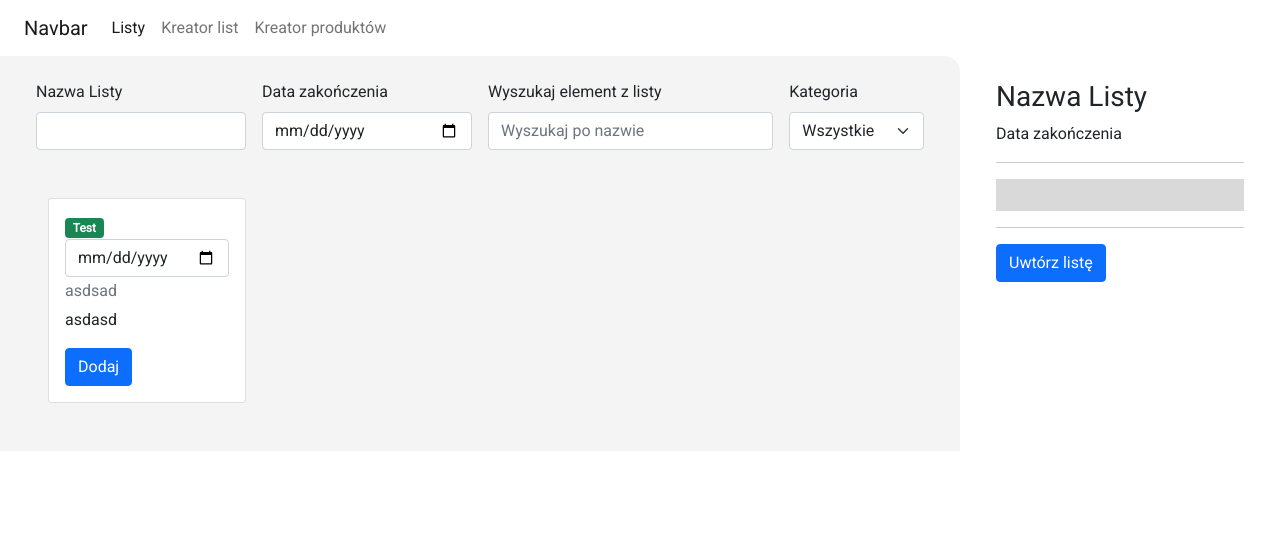
Repository: alphatra/Task-menager
Page: http://localhost/php/src/views/createList.php
The author's editor kept a copy of each file at every save. The page is drawn from the files as they stood at one save, then again after the next save.
The browser window is 1280 px wide. The pictures show the whole page.
The page is run by PHP 8.4 with error messages shown; the project is at /var/www/html/. Queries for data that is not in the repository find no rows.

Above is the page before, as saved 2023-02-09 21:36:11.

After the next save:
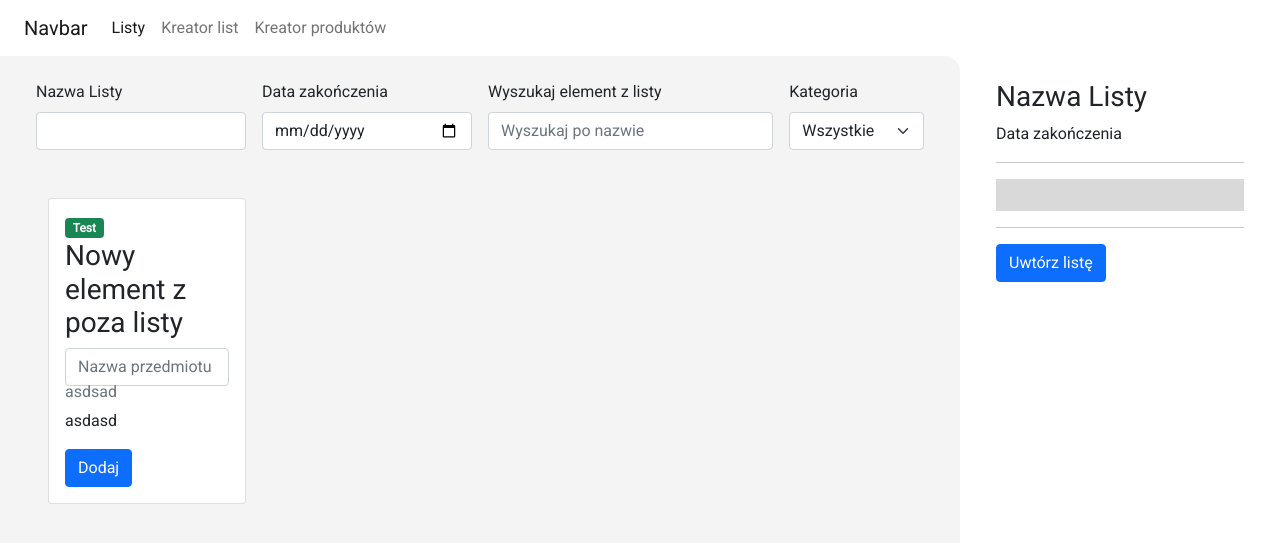
Saved 2 min 26 s later.
--- a/php/src/views/createList.php
+++ b/php/src/views/createList.php
@@ -29,7 +29,8 @@
                         <div class="card">
                             <div class="card-body">
                                 <span class="badge bg-success">Test</span>
-                                <h3 class="card-title"><input type="date" class="form-control" id="endDate" placeholder="Podaj nazwe"></h3>
+                                <h3 class="card-title">Nowy element z poza listy</h3>
+                                <input type="text" class="form-control" id="priv_item" placeholder="Nazwa przedmiotu">
                                 <h6 class="card-subtitle mb-2 text-muted">asdsad</h6>
                                 <p class="card-text">asdasd</p>
                                 <input class="btn btn-primary" id="add_tolist" type="button" value="Dodaj">
